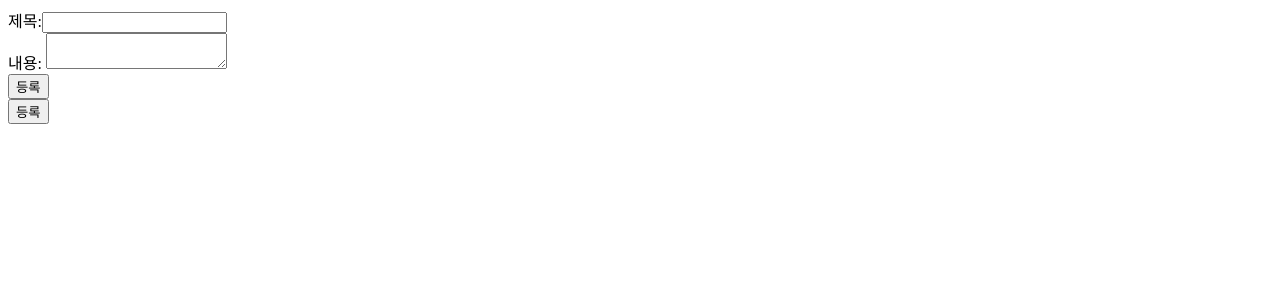
Repository: odreeblue/Study_ServletJSP
Page: jsp/workspace/JSPPrj/src/main/webapp/reg.html
The author's editor kept a copy of each file at every save. The page is drawn from the files as they stood at one save, then again after the next save.
The browser window is 1280 px wide. The pictures show the whole page.

Above is the page before, as saved 2023-02-05 13:11:38.

After the next save:
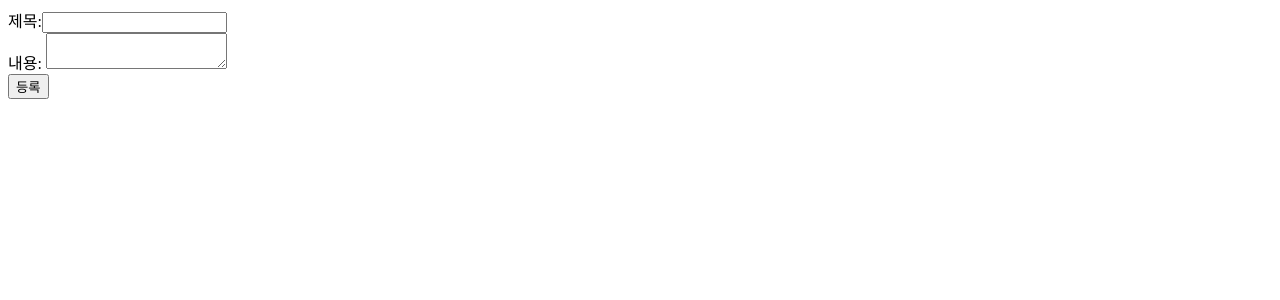
Saved 31 s later.
--- a/jsp/workspace/JSPPrj/src/main/webapp/reg.html
+++ b/jsp/workspace/JSPPrj/src/main/webapp/reg.html
@@ -13,10 +13,11 @@
 			<div>
 				<label>내용:</label>
 				<textarea name="content"></textarea>
+			</div>
+
 			<div>
 				<input type="submit" value="등록"/>
-			</div>
-				<input type="submit" value="등록"/>
+
 
 			</div>
 		</form>
